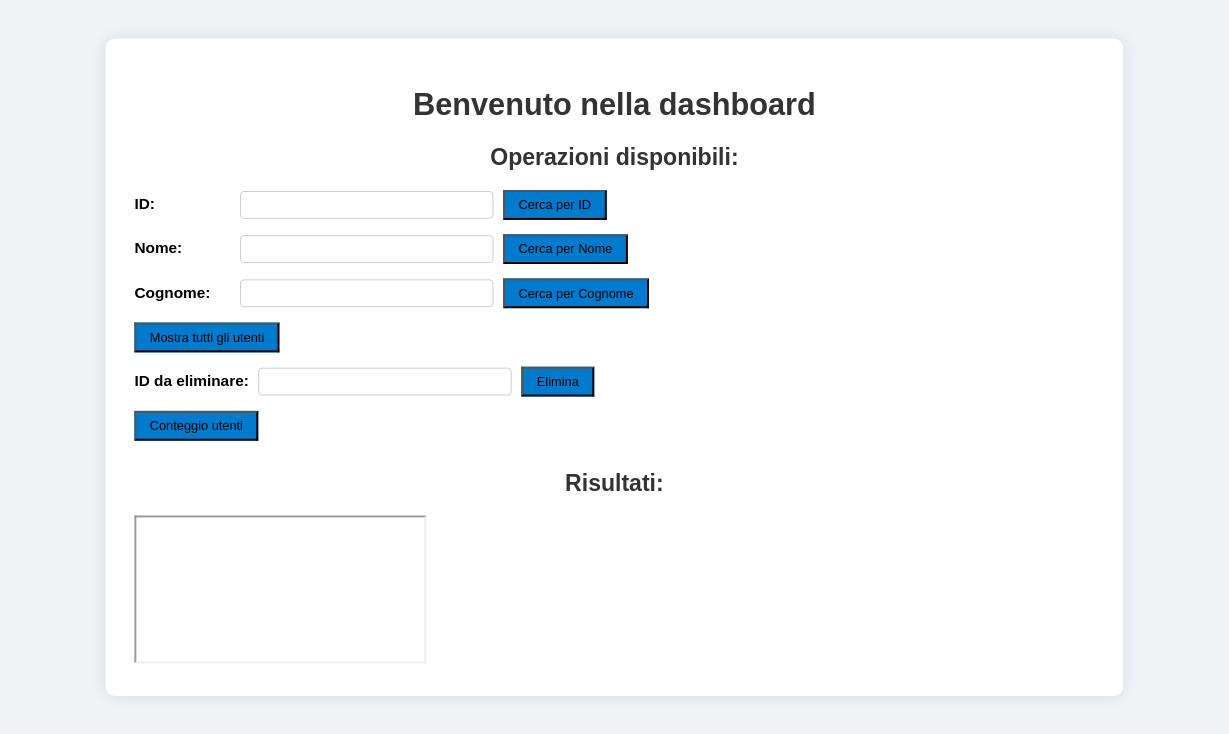
Repository: PcarloP/java_se
Page: http://localhost/anagraficaweb/dashboard.jsp
An editor plug-in stored every save of this project. The page is shown before and after the next save, followed by the edit.
The browser window is 1280 px wide. The pictures show the whole page, at 96% of full size.
The page is served by Tomcat 10.

Above is the page before, as saved 2025-06-20 07:49:07.

After the next save:
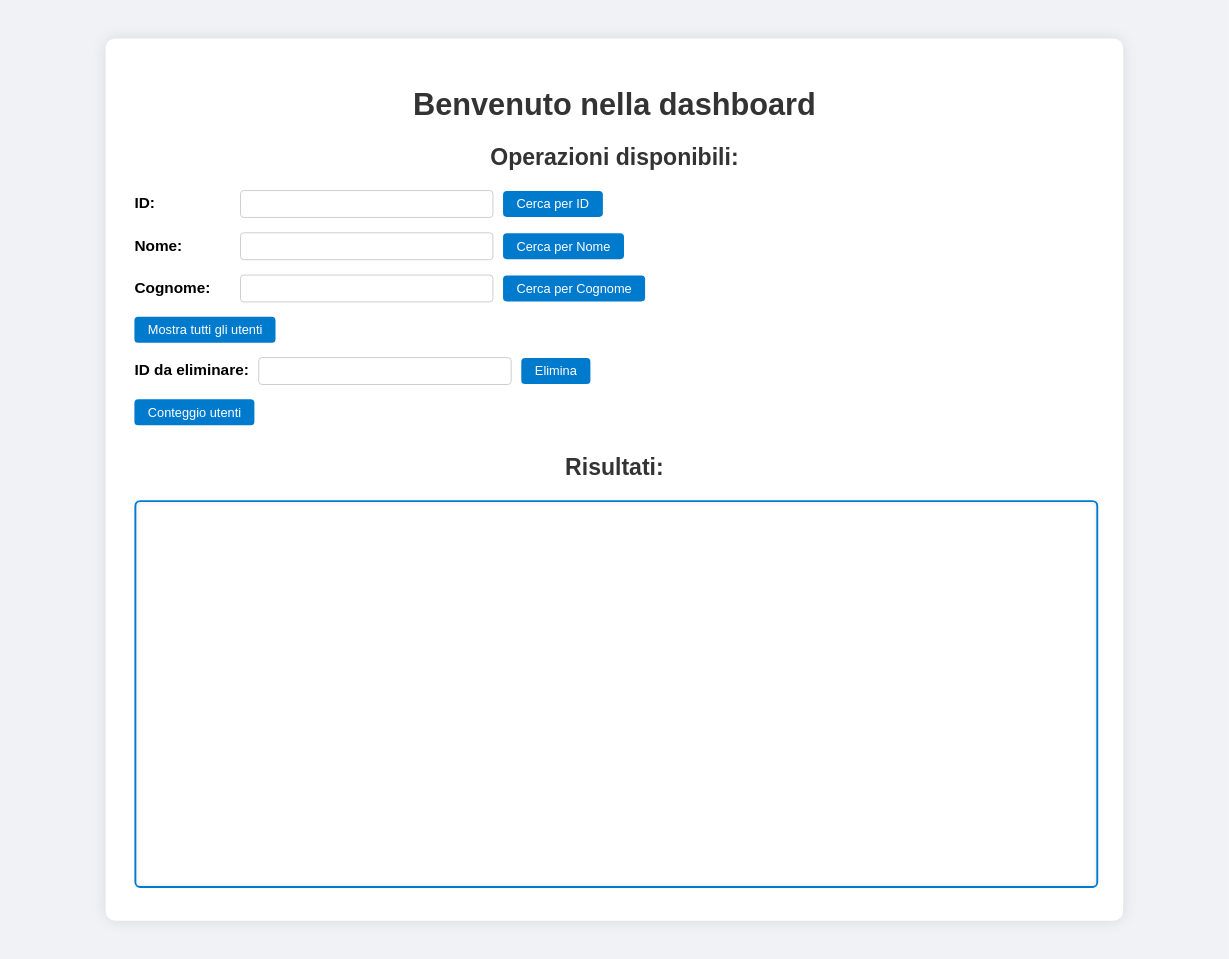
Saved 20 s later.
--- a/anagraficaweb/WebContent/dashboard.css
+++ b/anagraficaweb/WebContent/dashboard.css
@@ -53,3 +53,24 @@ input[type="text"] {
 button {
   padding: 6px 14px;
   background-color: #007acc;
+  color: white;
+  border: none;
+  border-radius: 4px;
+  cursor: pointer;
+}
+
+button:hover {
+  background-color: #005f99;
+}
+
+.results-container {
+  margin-top: 20px;
+}
+
+.results-frame {
+  width: 100%;
+  height: 400px;
+  border: 2px solid #007acc;
+  border-radius: 6px;
+  box-shadow: inset 0 0 5px rgba(0,0,0,0.1);
+}
